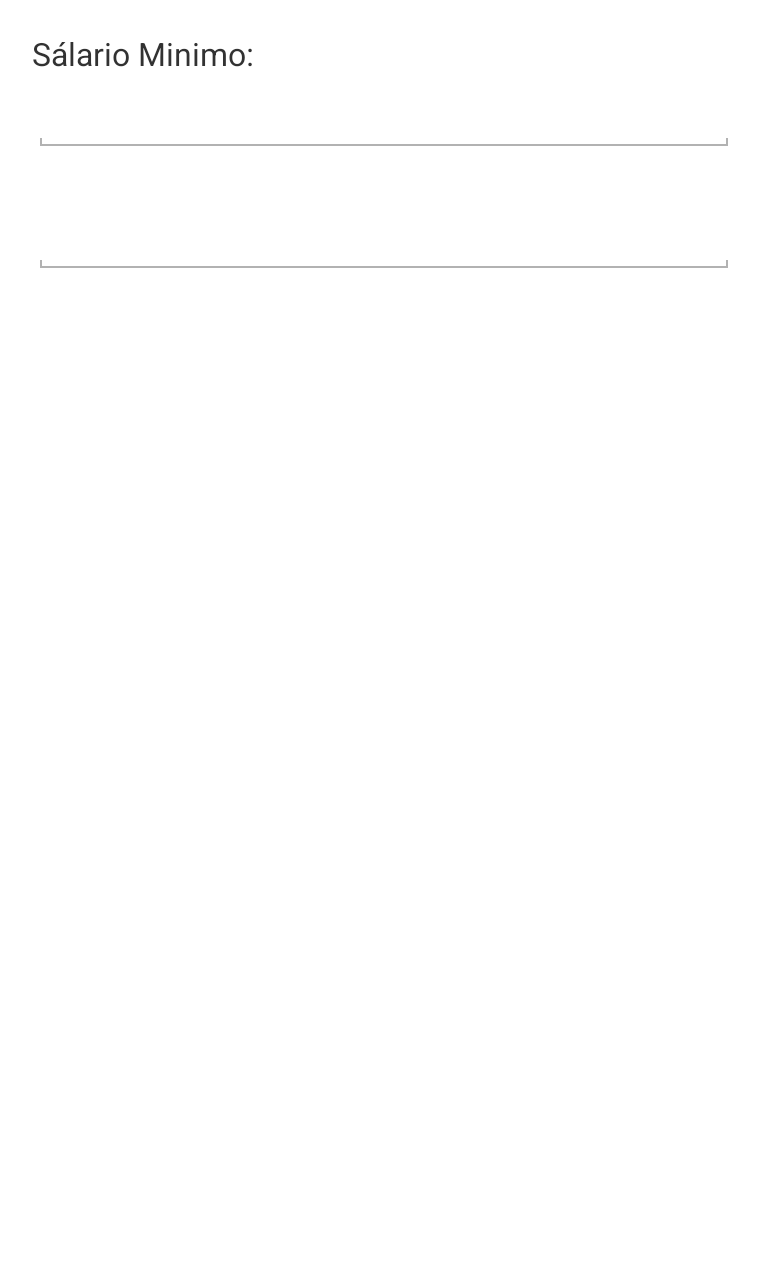
Repository: erickluz/Android
Layout: CustoQuilowatt/res/layout/activity_main.xml
An editor plug-in stored every save of this project. The layout is shown before and after the next save, followed by the edit.
It is drawn on a 768 x 1280 px phone screen (xhdpi) without system bars, with theme AppTheme; the app's code is not run.

Above is the layout before, as saved 2016-03-15 01:38:29.

### CustoQuilowatt/res/layout/activity_main.xml
<LinearLayout xmlns:android="http://schemas.android.com/apk/res/android"
    xmlns:tools="http://schemas.android.com/tools"
    android:layout_width="match_parent"
    android:layout_height="match_parent"
    android:paddingBottom="@dimen/activity_vertical_margin"
    android:paddingLeft="@dimen/activity_horizontal_margin"
    android:paddingRight="@dimen/activity_horizontal_margin"
    android:paddingTop="@dimen/activity_vertical_margin"
    android:orientation="vertical"
    tools:context="com.erick.custoquilowatt.MainActivity" >

    <TextView
        android:layout_width="fill_parent"
        android:layout_height="wrap_content"
        android:textSize="16sp"
        android:text="@string/salMinimo" />

    <EditText
        android:id="@+id/txtSalMinimo"
        android:labelFor="@+id/txtSalMinimo"
        android:layout_width="fill_parent"
        android:layout_height="wrap_content"
        android:inputType="numberDecimal"/>

    <TextView
        android:layout_width="fill_parent"
        android:layout_height="wrap_content"
        android:textSize="16sp"
        android:text="@string/qtdQuilowatt" />

    <EditText
        android:id="@+id/txtSalMinimo"
        android:labelFor="@+id/txtSalMinimo"
        android:layout_width="fill_parent"
        android:layout_height="wrap_content"
        android:inputType="numberDecimal"/>


</LinearLayout>

### CustoQuilowatt/res/values/strings.xml
<?xml version="1.0" encoding="utf-8"?>
<resources>

    <string name="app_name">"CustoQuilowatt "</string>
    <string name="hello_world">Hello world!</string>
    <string name="action_settings">Settings</string>
    <string name="salMinimo">Sálario Minimo:</string>
    <string name="qtdQuilowatt"/>

</resources>

Loaded but not shown: CustoQuilowatt/res/values/styles.xml (common file); CustoQuilowatt/res/values-v11/styles.xml (common file); CustoQuilowatt/res/values-v14/styles.xml (common file); CustoQuilowatt/res/values/dimens.xml (common file); CustoQuilowatt/res/values-w820dp/dimens.xml (common file)

After the next save:
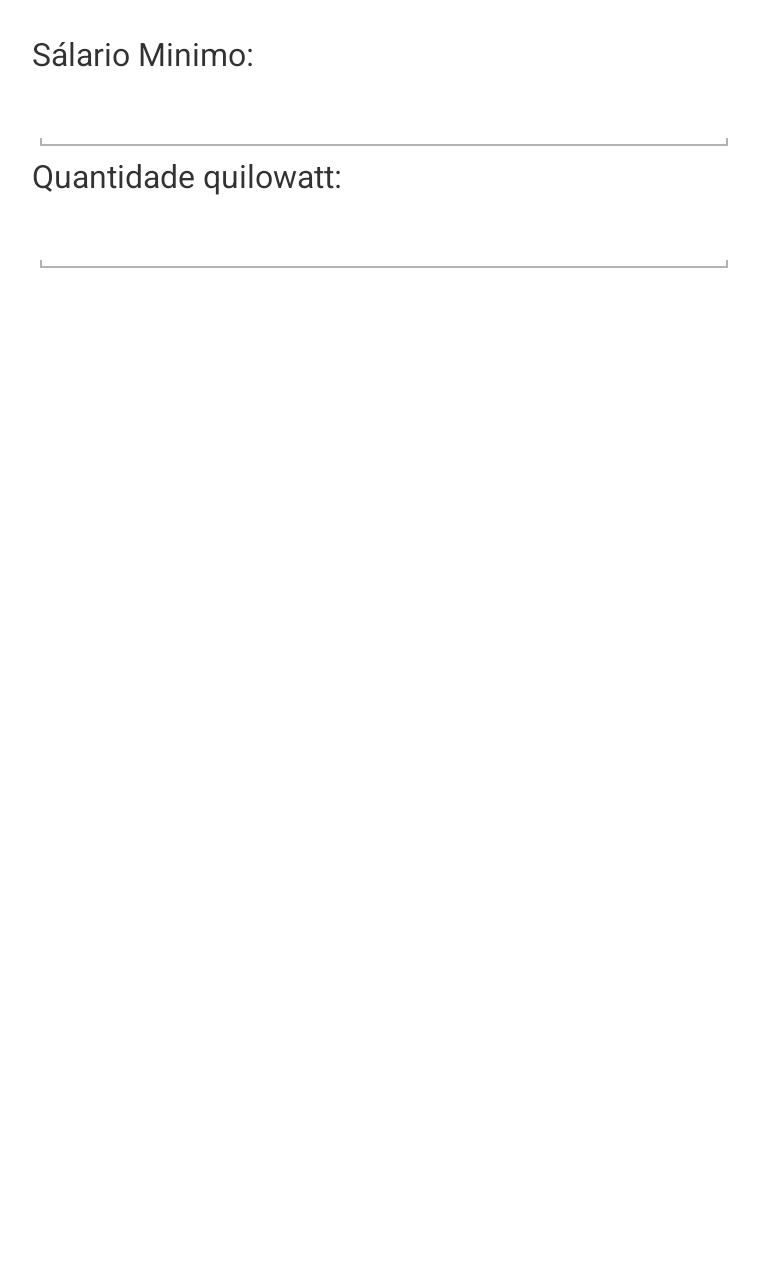
Saved 9 s later.
--- a/CustoQuilowatt/res/values/strings.xml
+++ b/CustoQuilowatt/res/values/strings.xml
@@ -5,6 +5,6 @@
     <string name="hello_world">Hello world!</string>
     <string name="action_settings">Settings</string>
     <string name="salMinimo">Sálario Minimo:</string>
-    <string name="qtdQuilowatt"/>
+    <string name="qtdQuilowatt">Quantidade quilowatt:</string>
 
 </resources>
